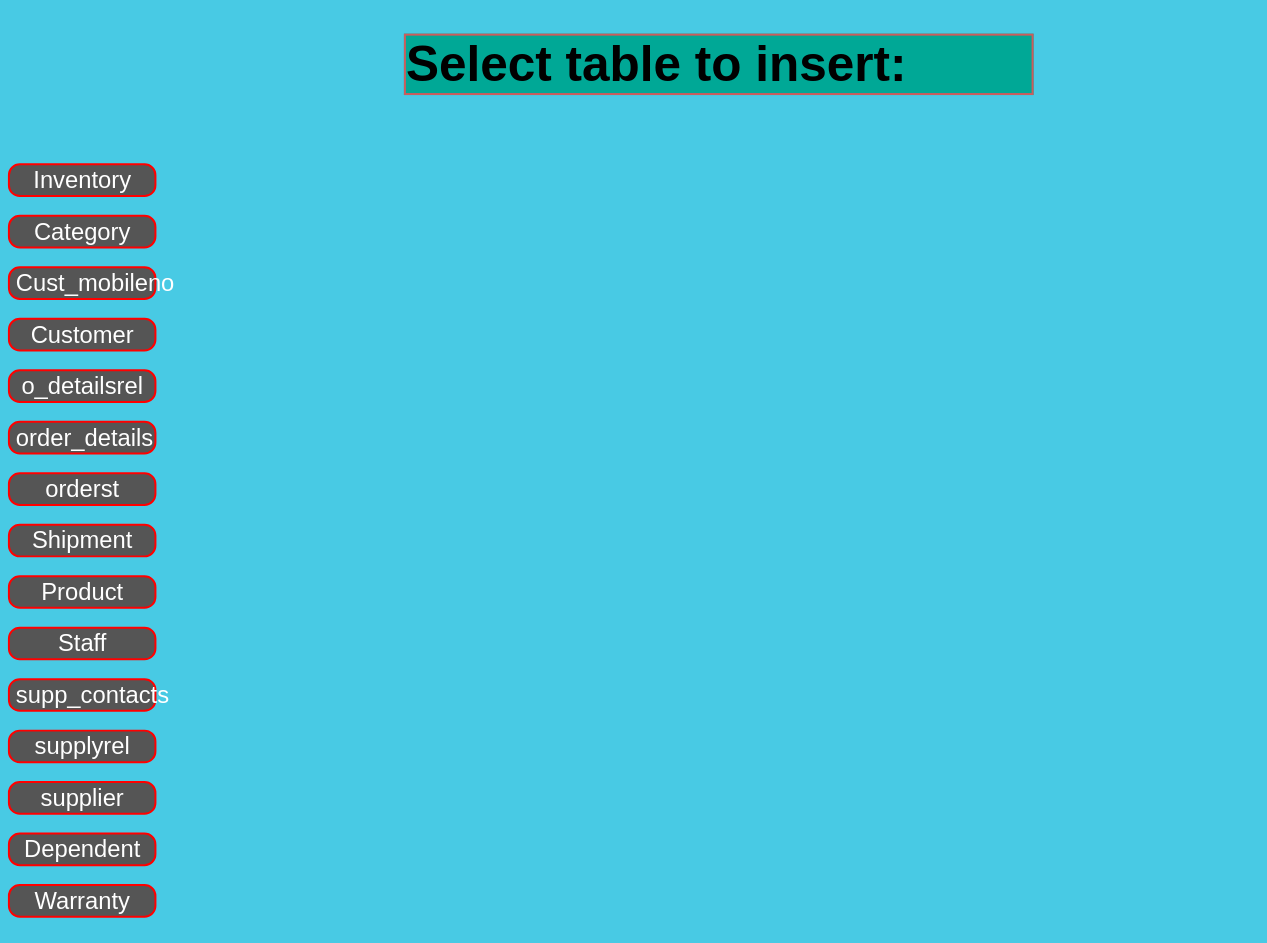
Repository: cyrusdwivedi2002/inventory-management-system
Page: DemoApp/src/main/webapp/insert.html
The author's editor kept a copy of each file at every save. The page is drawn from the files as they stood at one save, then again after the next save.
The browser window is 1280 px wide. The pictures show the whole page, at 99% of full size.
Some web fonts or font styles are not loaded; a fallback is used.

Above is the page before, as saved 2022-06-24 19:09:19.

After the next save:
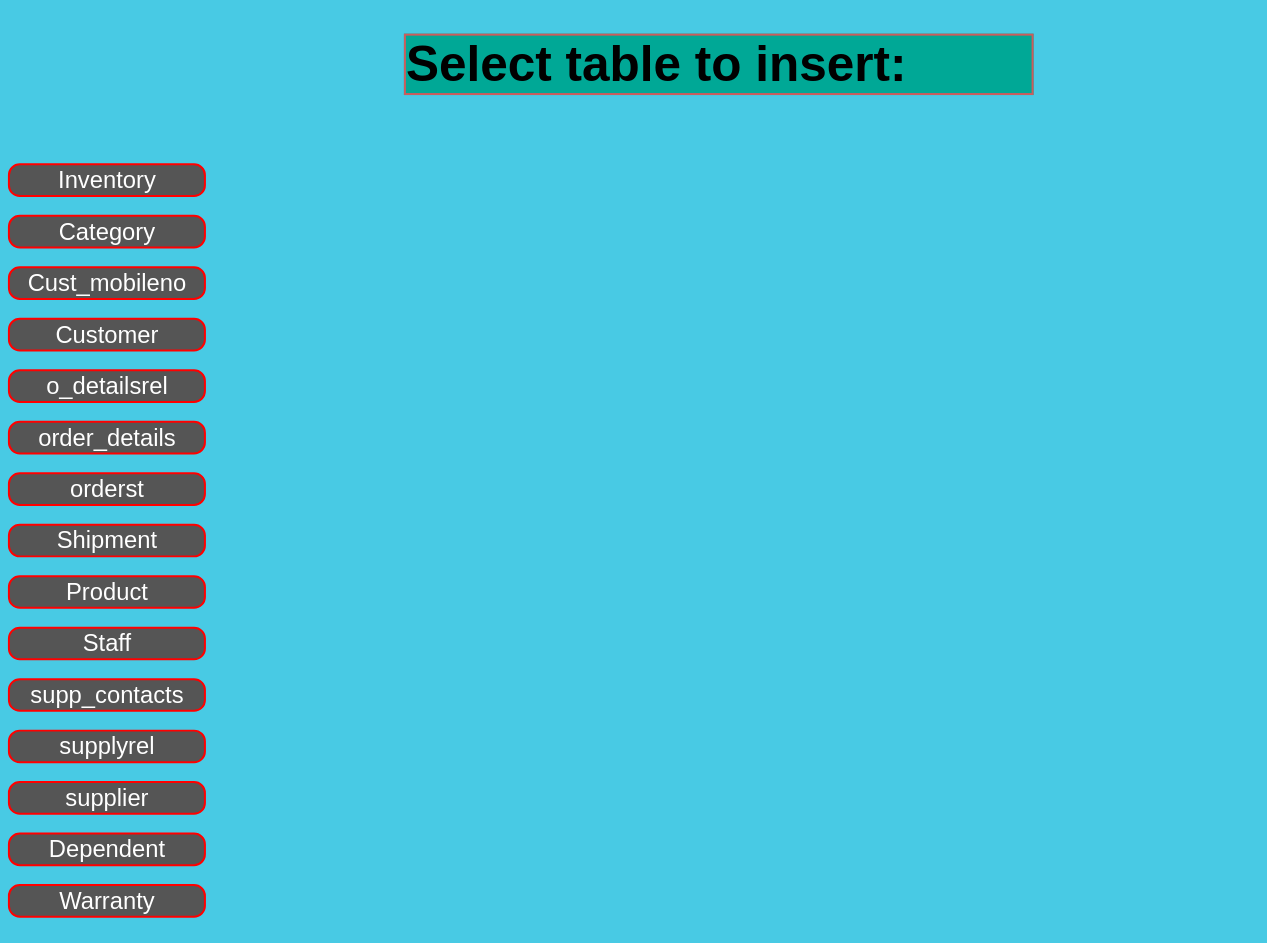
Saved 10 s later.
--- a/DemoApp/src/main/webapp/insert.html
+++ b/DemoApp/src/main/webapp/insert.html
@@ -25,7 +25,7 @@ button{
 background-color: #555555;
 color:white;
 font-size: 24px;
-width:150px;
+width:200px;
 border-radius: 12px;
 border:2px solid red;
 }
